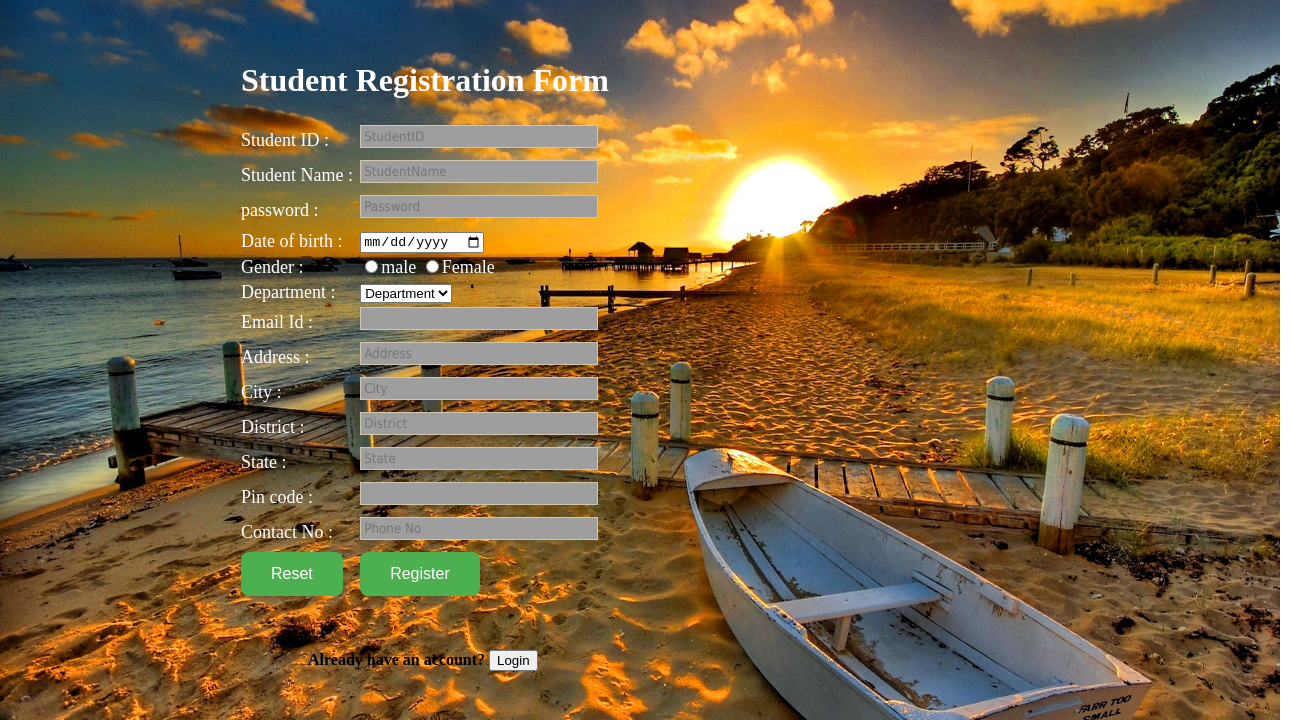
Repository: srikanthModugu/jdbc-servlet-jsp
Page: SutudentRegistration/WebContent/Registration.html
These files come from the project's save history. The page is drawn as it stood at one moment and after the next save; the edit follows.
The browser window is 1280 px wide. The page is 1308 px wide, so the pictures cover 1308 px, including what lies to the right of the window. The pictures show the whole page.
Pictures or frames that could not be fetched are drawn as grey boxes.

Above is the page before, as saved 2017-10-03 10:23:53.

### SutudentRegistration/WebContent/Registration.html
<!DOCTYPE html>
<html>
<head>
<meta charset="UTF-8">
<title>Registration Page</title>
<style type="text/css">
.button {
	border: none;
	border-radius: 8px;
	color: white;
	padding: 13px 30px;
	text-align: center;
	text-decoration: none;
	background-color: #4CAF50;
	display: inline-block;
	font-size: 16px;
}
.tb10 {
	background-image:url(images/form_bg.jpg);
	background-repeat:repeat-x;
	border:1px solid #d1c7ac;
	width: 230px;
	color:navy;
	padding:3px;
	margin-right:4px;
	margin-bottom:8px;
	font-family:tahoma, arial, sans-serif;
}
.bg {
    /* The image used */
    background-image: url("back.jpg");

    /* Full height */
    height: 100%;

    /* Center and scale the image nicely */
    background-position: center;
    background-repeat: no-repeat;
    background-size: cover;
}

input[type=submit]
{
	border: none;
	border-radius: 8px;
	color: white;
	padding: 13px 30px;
	text-align: center;
	text-decoration: none;

	display: inline-block;
	font-size: 16px;
}

button:hover {
	background-color: #4CAF50;
	color: white;
	box-shadow: 0 12px 16px 0 rgba(0, 0, 0, 0.24), 0 17px 50px 0
		rgba(0, 0, 0, 0.19);
}

td {
	font-size: 18px;
}
</style>

</head>
<body class="bg">


		<div style="height: 700px; width: 1300px; color: white; float: left;">

			<div style="height: 700px; width: 200px;  float: left;">

			</div>

			<div
				style="height: 700px; width: 700px;  color: black; float: left;">
				<form action="Registration" method="get" >
					<table style="height: 600; width: 700; margin: 30px;  color: white;">

						<tr>
							<th colspan="2"><h1>Student Registration Form</h1></th>
						</tr>

						<tr>
							<td>Student ID :</td>
							<td><input class="tb10" type='text' name='studentid' size='30' placeholder="StudentID" ><br></td>
						</tr>

						<tr>
							<td>Student Name :</td>
							<td><input class="tb10" type='text' name='studentName' size='30'placeholder="StudentName"><br></td>
						</tr>

						<tr>
							<td>password :</td>
							<td><input class="tb10" type='password' name='password' size='30' placeholder="Password" ><br></td>
						</tr>

						<tr>
							<td>Date of birth :</td>
							<td><input type='date'  name="DOB">
							<br></td>
						</tr>

						<tr>
							<td>Gender :</td>
							<td><input type='radio' name='gender' value='male'>male
								<input type='radio' name='gender' value='female'>Female<br></td>
						</tr>

						<tr>
							<td>Department :</td>
							<td><select name='department'>
									<option>Department</option>
									<option>Computer</option>
									<option>Civil</option>
									<option>E & TC</option>
									<option>Mechanical</option>
									<option>IT</option>
							</select></td>
						</tr>

						<tr>
							<td>Email Id :</td>
							<td><input  class="tb10" type='email' name='emailId' size='30' "><br></td>
						</tr>

						<tr>
							<td>Address :</td>
							<td><input  class="tb10" type='text' name='address' placeholder="Address" size='30'><br></td>
						</tr>

						<tr>
							<td>City :</td>
							<td><input class="tb10" type='text' name='city' size='30'placeholder="City"><br></td>
						</tr>

						<tr>
							<td>District :</td>
							<td><input class="tb10" type='text' name='district' size='30' placeholder="District"><br></td>
						</tr>

						<tr>
							<td>State :</td>
							<td><input class="tb10" type='text' name='state' size='30'placeholder="State"><br></td>
						</tr>

						<tr>
							<td>Pin code :</td>
							<td><input class="tb10" type='text' name='pincode' size='30' maxlength="6"><br></td>
						</tr>

						<tr>
							<td>Contact No :</td>
							<td><input class="tb10" type='text' name='mobileNo' size='30' placeholder="Phone No"><br></td>
						</tr>


						<tr>
							<td><button class="button" type="submit" formaction="RegisterForm.html">Reset</button></td>
							<td><input class="button" type="submit" value="Register" ></td>
						</tr>
					</table>

					<div
						style="height: 25px; width: 400px;  color: black; float: left; margin-left: 100px">
						<h4>
							Already have an account?
							<button type="submit" formaction="LoginPage.html">Login</button>
						</h4>
					</div>
				</form>


			</div>

	</div>

</html>

After the next save:
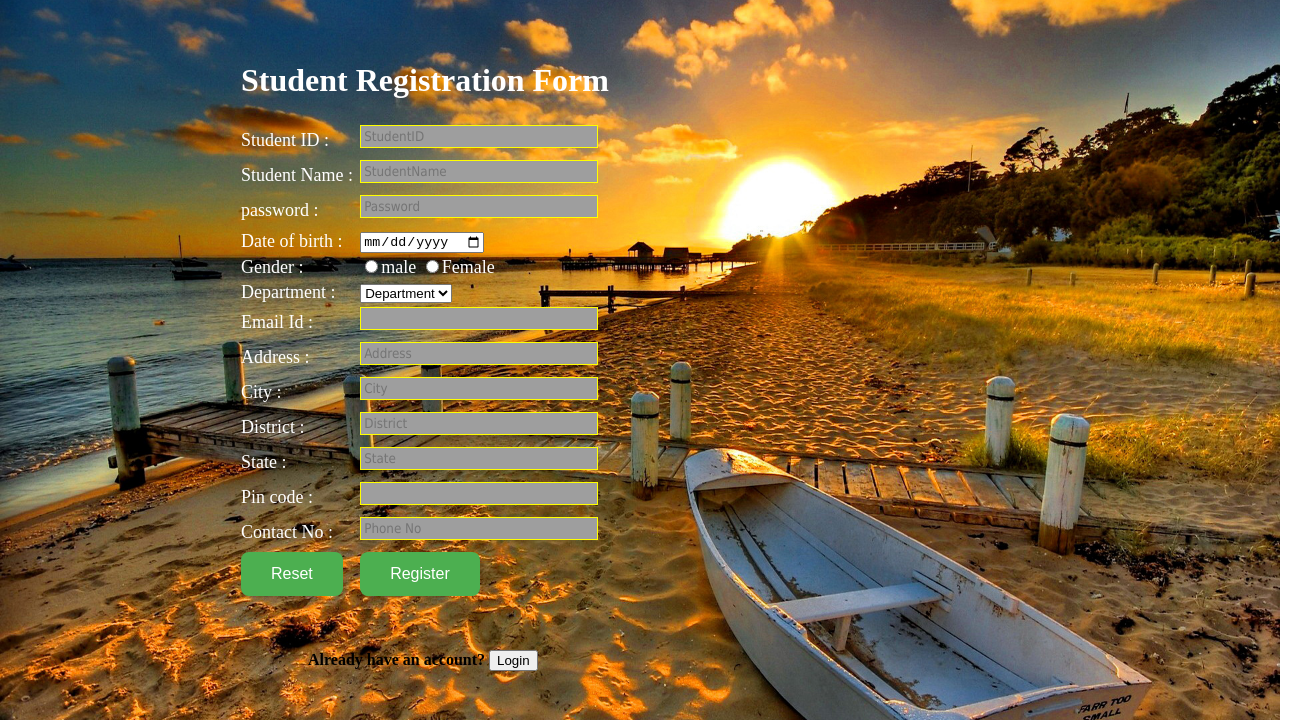
Saved 29 s later.
--- a/SutudentRegistration/WebContent/Registration.html
+++ b/SutudentRegistration/WebContent/Registration.html
@@ -18,7 +18,7 @@
 .tb10 {
 	background-image:url(images/form_bg.jpg);
 	background-repeat:repeat-x;
-	border:1px solid #d1c7ac;
+	border:1px solid yellow;
 	width: 230px;
 	color:navy;
 	padding:3px;
